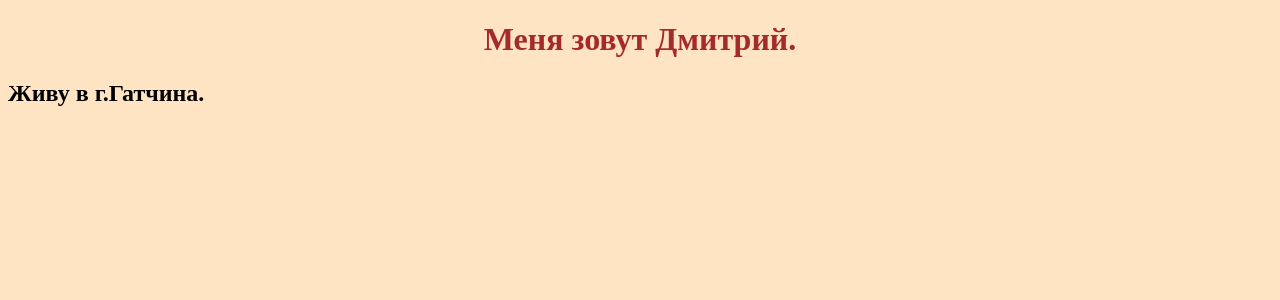
Repository: KoltsovDmitriy/Portfolio
Page: index.html
An editor plug-in stored every save of this project. The page is shown before and after the next save, followed by the edit.
The browser window is 1280 px wide. The pictures show the whole page.

Above is the page before, as saved 2023-03-10 10:23:57.

After the next save:
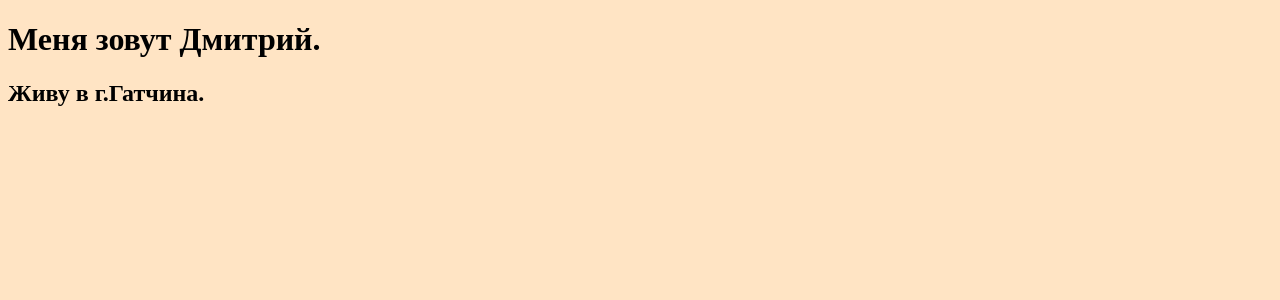
Saved 15 s later.
--- a/index.html
+++ b/index.html
@@ -8,7 +8,7 @@
     <link rel="stylesheet" href="./style.css">
 </head>
 <body>
-    <h1 class="intro_title">Меня зовут Дмитрий.</h1>
+    <h1 class="title">Меня зовут Дмитрий.</h1>
     <h2 class="text">Живу в г.Гатчина.</h2>
 </body>
 </html>
